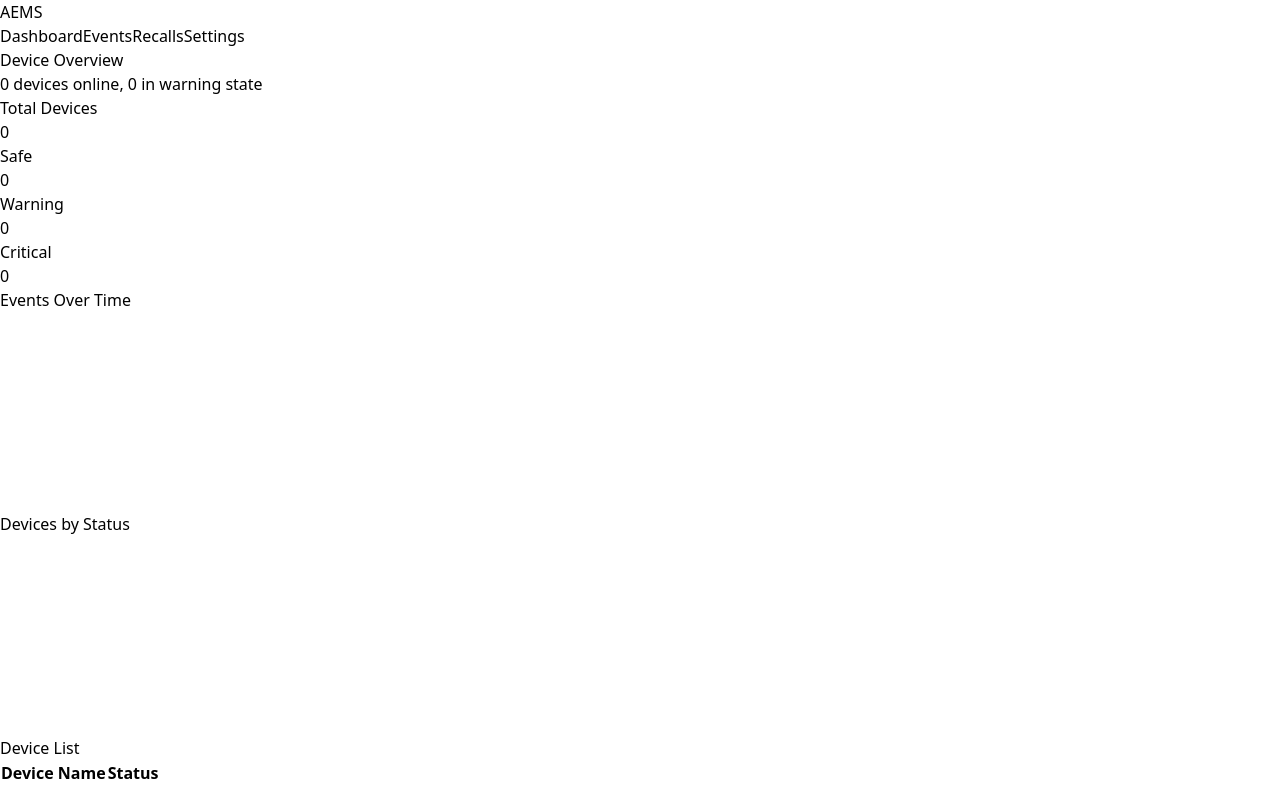
Repository: Sarary2/AEMS_2MVP
Page: / (app in frontend/AEMS/)
The author's editor kept a copy of each file at every save. The page is drawn from the files as they stood at one save, then again after the next save.
The browser window is 1280 px wide. The pictures show the whole page.
The page's requests for data from a server got no answer. The project was rebuilt for these pictures with package versions that can differ from the ones it lists, and the page was loaded fresh each time. No one was signed in, and anything a server would have sent is missing. Also part of the build but not shown: frontend/AEMS/vite.config.js, frontend/AEMS/src/components/DeviceRow.jsx.

Above is the page before, as saved 2025-05-05 20:00:06.

### frontend/AEMS/src/main.jsx
import { StrictMode } from 'react'
import { createRoot } from 'react-dom/client'
import './index.css';
import App from './App.jsx'

createRoot(document.getElementById('root')).render(
  <StrictMode>
    <App />
  </StrictMode>,
)

### frontend/AEMS/src/App.jsx
import { BrowserRouter as Router, Routes, Route } from 'react-router-dom';
import Dashboard from './pages/Dashboard';

function App() {


  return (

    <Router>
      <Routes>
        <Route path="/" element={<Dashboard />} />
      </Routes>
    </Router>
  );
}

export default App;

### frontend/AEMS/src/pages/Dashboard.jsx
import { useEffect, useState } from 'react';
import Sidebar from '../components/Sidebar';
import StatCard from '../components/StatCard';
import DeviceRow from '../components/DeviceRow';
import EventsChart from '../components/EventsChart';
import StatusChart from '../components/StatusChart';
import axios from 'axios';

export default function Dashboard() {
  const [devices, setDevices] = useState([]);
  const [statusCounts, setStatusCounts] = useState({ Safe: 0, Warning: 0, Critical: 0 });
  const [eventData, setEventData] = useState([]);

  useEffect(() => {
    axios.get('http://localhost:5001/api/devices/all') // or your real endpoint
      .then(res => {
        const all = res.data;
        setDevices(all);

        const status = { Safe: 0, Warning: 0, Critical: 0 };
        const eventsTimeline = {};

        all.forEach(d => {
          // classify each device based on most severe event
          let highest = 'Safe';
          d.events?.forEach(ev => {
            const day = ev.reportDate?.split(' ')[0];
            eventsTimeline[day] = (eventsTimeline[day] || 0) + 1;

            if (ev.severity === 'Critical') highest = 'Critical';
            else if (ev.severity === 'Moderate' && highest !== 'Critical') highest = 'Warning';
          });
          status[highest]++;
        });

        setStatusCounts(status);
        setEventData(Object.entries(eventsTimeline).map(([date, count]) => ({ date, count })));
      });
  }, []);

  return (
    <div className="flex">
      <Sidebar />
      <div className="ml-60 p-8 w-full">
        <h1 className="text-2xl font-bold mb-4">Device Overview</h1>
        <p className="text-gray-600 mb-6">
          {devices.length} devices online, {statusCounts.Warning} in warning state
        </p>

        <div className="grid grid-cols-4 gap-4 mb-6">
          <StatCard label="Total Devices" value={devices.length} color="blue" />
          <StatCard label="Safe" value={statusCounts.Safe} color="green" />
          <StatCard label="Warning" value={statusCounts.Warning} color="yellow" />
          <StatCard label="Critical" value={statusCounts.Critical} color="red" />
        </div>

        <div className="grid grid-cols-1 md:grid-cols-2 gap-6">
          <div className="bg-white p-4 rounded-xl shadow">
            <h2 className="font-semibold mb-2">Events Over Time</h2>
            <EventsChart data={eventData} />
          </div>
          <div className="bg-white p-4 rounded-xl shadow">
            <h2 className="font-semibold mb-2">Devices by Status</h2>
            <StatusChart
              data={[
                { status: 'Safe', value: statusCounts.Safe },
                { status: 'Warning', value: statusCounts.Warning },
                { status: 'Critical', value: statusCounts.Critical }
              ]}
            />
          </div>
        </div>

        <div className="mt-8 bg-white p-4 rounded-xl shadow">
          <h2 className="font-semibold mb-4">Device List</h2>
          <table className="w-full">
            <thead>
              <tr className="border-b text-left">
                <th className="p-2">Device Name</th>
                <th className="p-2">Status</th>
              </tr>
            </thead>
            <tbody>
              {devices.map((device, idx) => (
                <DeviceRow key={idx} name={device.deviceName} status={
                  device.events?.some(e => e.severity === 'Critical') ? 'Critical' :
                  device.events?.some(e => e.severity === 'Moderate') ? 'Warning' :
                  'Safe'
                } />
              ))}
            </tbody>
          </table>
        </div>
      </div>
    </div>
  );
}

### frontend/AEMS/src/components/Sidebar.jsx
import { NavLink } from 'react-router-dom';

export default function Sidebar() {
  return (
    <div className="bg-blue-900 text-white w-60 h-screen fixed p-4 flex flex-col gap-6">
      <h1 className="text-2xl font-bold mb-6">AEMS</h1>
      <NavLink to="/" className="hover:text-blue-300">Dashboard</NavLink>
      <NavLink to="/events" className="hover:text-blue-300">Events</NavLink>
      <NavLink to="/recalls" className="hover:text-blue-300">Recalls</NavLink>
      <NavLink to="/settings" className="hover:text-blue-300">Settings</NavLink>
    </div>
  );
}

### frontend/AEMS/src/components/StatCard.jsx
export default function StatCard({ label, value, color }) {
    return (
      <div className={`bg-${color}-100 p-4 rounded-xl shadow-md border-l-8 border-${color}-500`}>
        <h4 className="text-gray-600 text-sm">{label}</h4>
        <p className="text-2xl font-bold text-${color}-800">{value}</p>
      </div>
    );
  }

### frontend/AEMS/src/components/EventsChart.jsx
import { LineChart, Line, XAxis, YAxis, Tooltip, ResponsiveContainer } from 'recharts';

export default function EventsChart({ data }) {
  return (
    <ResponsiveContainer width="100%" height={200}>
      <LineChart data={data}>
        <XAxis dataKey="date" />
        <YAxis />
        <Tooltip />
        <Line type="monotone" dataKey="count" stroke="#3b82f6" />
      </LineChart>
    </ResponsiveContainer>
  );
}

### frontend/AEMS/src/components/StatusChart.jsx
import { PieChart, Pie, Cell, Tooltip, ResponsiveContainer } from 'recharts';

const COLORS = ['#10b981', '#facc15', '#ef4444'];

export default function StatusChart({ data }) {
  return (
    <ResponsiveContainer width="100%" height={200}>
      <PieChart>
        <Pie
          data={data}
          dataKey="value"
          nameKey="status"
          outerRadius={80}
          label
        >
          {data.map((_, index) => (
            <Cell key={index} fill={COLORS[index]} />
          ))}
        </Pie>
        <Tooltip />
      </PieChart>
    </ResponsiveContainer>
  );
}

Loaded but not shown: frontend/AEMS/index.html (common file); frontend/AEMS/src/index.css (common file); frontend/AEMS/tailwind.config.js (common file)

After the next save:
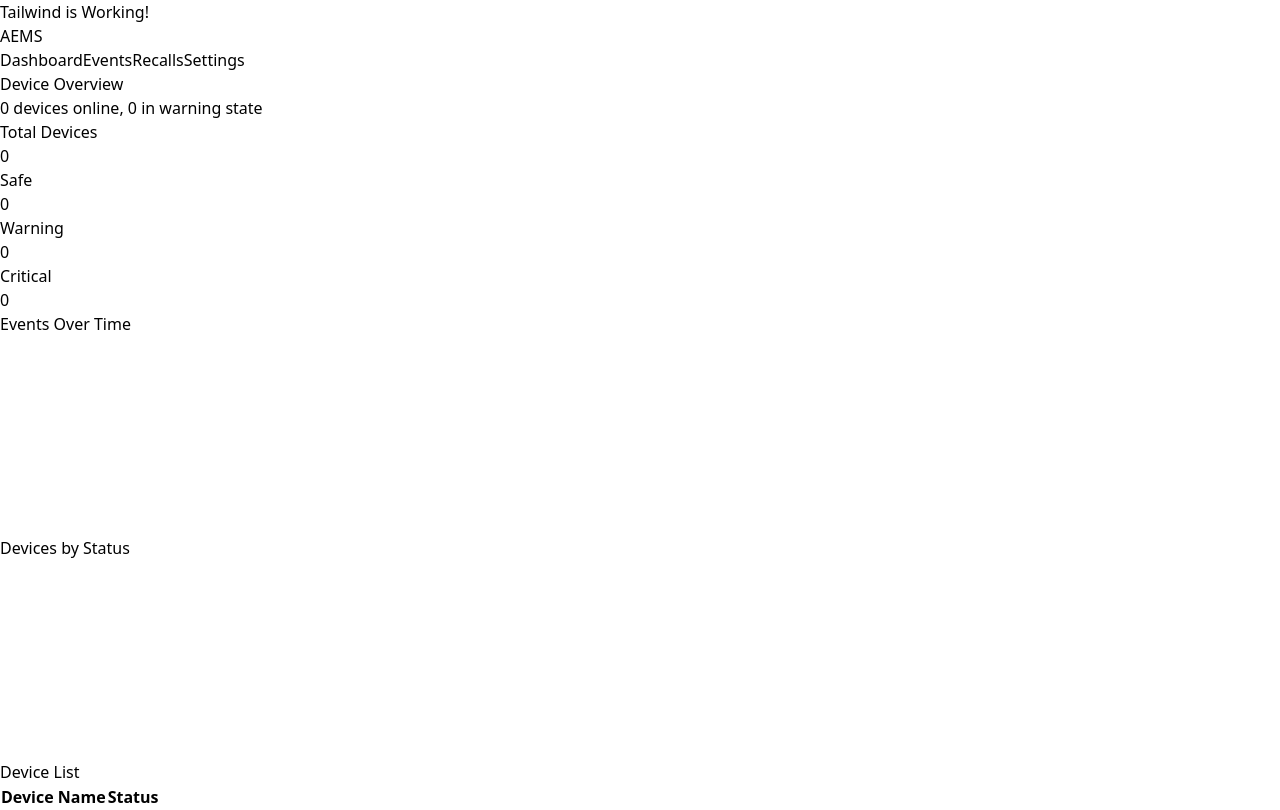
Saved 28 s later.
--- a/frontend/AEMS/src/pages/Dashboard.jsx
+++ b/frontend/AEMS/src/pages/Dashboard.jsx
@@ -40,6 +40,7 @@ export default function Dashboard() {
 
   return (
     <div className="flex">
+       <h1 className="text-4xl font-bold text-blue-600">Tailwind is Working!</h1>
       <Sidebar />
       <div className="ml-60 p-8 w-full">
         <h1 className="text-2xl font-bold mb-4">Device Overview</h1>
